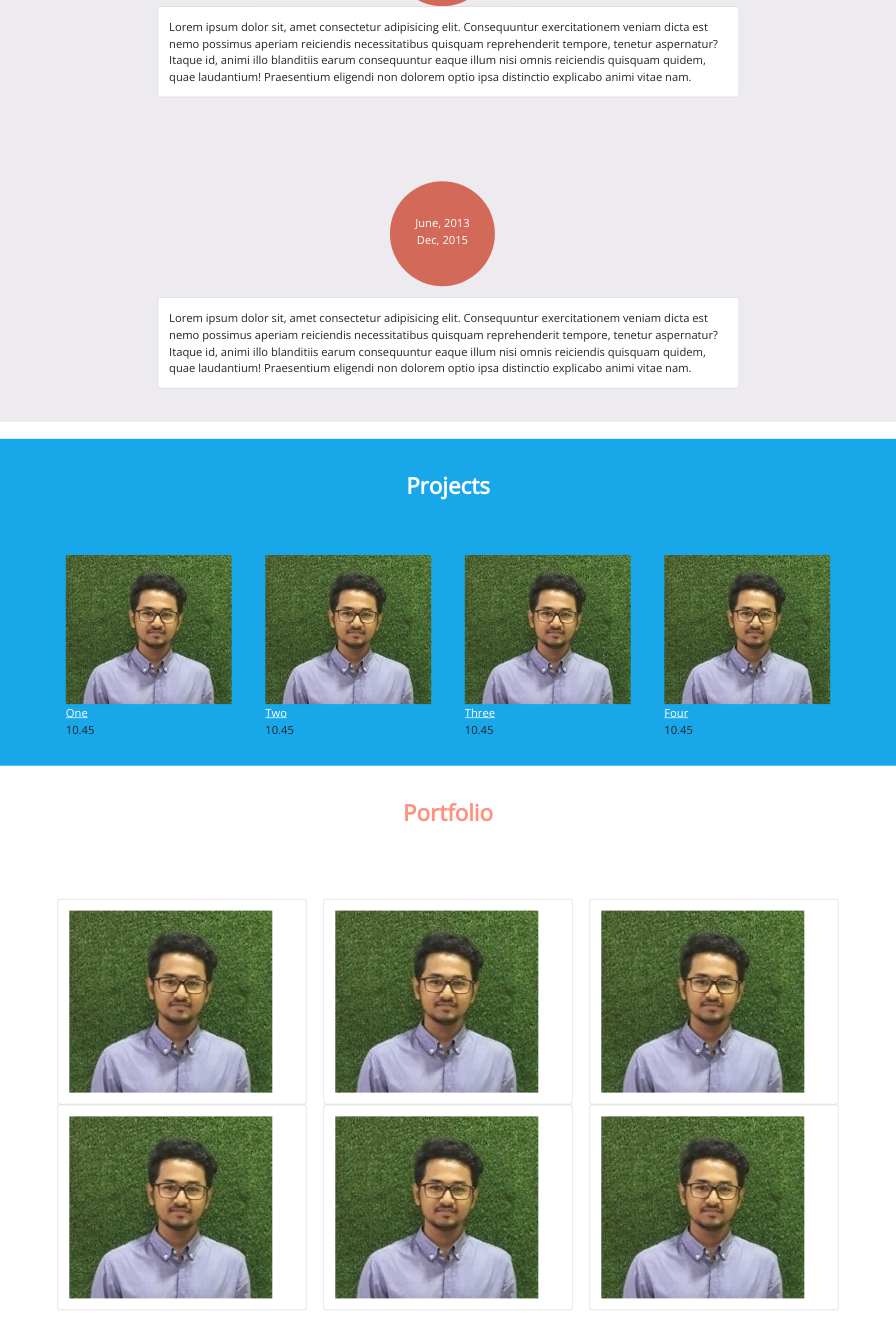
Repository: emowzz/emowzz.github.io
Page: index.html
These files come from the project's save history. The page is drawn as it stood at one moment and after the next save; the edit follows.
The browser window is 1280 px wide. The pictures show the part of the page from y = 1597 to 3517 px (the page is 3517 px tall), at 70% of full size.
Some web libraries are served in a nearby version.

Above is the page before, as saved 2021-03-17 23:46:27.

### index.html
<!doctype html>
<html lang="en">

<head>
  <!-- Required meta tags -->
  <meta charset="utf-8">
  <meta name="viewport" content="width=device-width, initial-scale=1">
  <link rel="shortcut icon" type="image/png" href="./Image/myImgZoom.jpg">
  <!-- Bootstrap CSS -->
  <link href="https://cdn.jsdelivr.net/npm/bootstrap@5.0.0-beta2/dist/css/bootstrap.min.css" rel="stylesheet"
    integrity="sha384-BmbxuPwQa2lc/FVzBcNJ7UAyJxM6wuqIj61tLrc4wSX0szH/Ev+nYRRuWlolflfl" crossorigin="anonymous">
  <link rel="preconnect" href="https://fonts.gstatic.com">
  <link href="https://fonts.googleapis.com/css2?family=Open+Sans:wght@300&display=swap" rel="stylesheet">
  <link rel="stylesheet" href="./CSS/style.css">


  <title>Hi There, I'm Fahim Foysal Emon!</title>

  <script src="https://kit.fontawesome.com/a076d05399.js" crossorigin="anonymous"></script>
</head>

<body>

  <!-- this is banner section -->
  <section class="banner-container container-fluid">
    <div class="row vh-100">
      <div class="col-md-9 banner-column m-auto text-center text-white p-4 border border-light">
        <h1 class="display:4 fw-bolder">Fahim Foysal Emon</h1>
        <h3>Software Developer</h3>
      </div>
    </div>
  </section>

  <!-- this is nav-bar section -->
  <nav class="navbar navbar-expand-lg navbar-dark navbar-container">
    <div class="container-fluid">
      <button class="navbar-toggler" type="button" data-bs-toggle="collapse" data-bs-target="#navbarSupportedContent"
        aria-controls="navbarSupportedContent" aria-expanded="false" aria-label="Toggle navigation">
        <span class="navbar-toggler-icon"></span>
      </button>
      <div class="collapse navbar-collapse" id="navbarSupportedContent">
        <ul class="navbar-nav m-auto mb-2 mb-lg-0">
          <li class="nav-item">
            <a class="nav-link active" aria-current="page" href="#About">ABOUT</a>
          </li>
          <li class="nav-item">
            <a class="nav-link" href="#Education">EDUCATION</a>
          </li>
          <li class="nav-item">
            <a class="nav-link" href="#Project">PROJECT</a>
          </li>
          <li class="nav-item">
            <a class="nav-link" href="#Portfolio">PORTFOLIO</a>
          </li>
          <li class="nav-item">
            <a class="nav-link" href="#Gallery">GALLERY</a>
          </li>
          <li class="nav-item">
            <a class="nav-link" href="#Contact">CONTACT</a>
          </li>
        </ul>
      </div>
    </div>
  </nav>

  <!-- this is about section -->
  <div class="about-container" id="About">
    <div class="container">
      <div class="row align-items-center justify-content-center">
        <div class="col-md-9 py-5 text-white">
          <h3>Fahim Foysal Emon</h3>
          <p>Software Developer</p>
          <p>Lorem ipsum dolor, sit amet consectetur adipisicing elit. Qui a architecto tempore blanditiis, aperiam
            eius, id optio fugit odit quis reiciendis ad expedita consequatur dolores repellendus asperiores illum
            assumenda molestias distinctio dicta suscipit mollitia doloribus eum voluptates. Quisquam molestiae eius
            numquam quidem iusto asperiores dolorem minima minus accusantium, accusamus doloribus.</p>
          <p>Lorem ipsum dolor sit, amet consectetur adipisicing elit. Sint quidem accusamus dolor sed voluptas
            distinctio eos? Tempore sed omnis mollitia asperiores quos quidem hic porro consectetur? Numquam in ipsa
            commodi inventore nostrum asperiores consequuntur! Nemo molestiae necessitatibus suscipit doloribus eius!
          </p>
          <p>
            Lorem ipsum dolor sit amet consectetur adipisicing elit. Nisi suscipit dignissimos tempore culpa soluta,
            assumenda voluptas dolores quam nobis? Sed ad dolores itaque eveniet nulla autem quos et. Animi, laudantium?
          </p>
        </div>

        <div class="col-md-3 mb-4">
          <img src="/Image/myImg.png" alt="" class="img-fluid border rounded-circle border-light">
        </div>
      </div>
    </div>
  </div>

  <!-- this is education section -->
  <div class="education-container" id="Education">
    <div class="container">
      <div class="row text-center">
        <div class="col py-5">
          <h2 class="bg-redType-color fw-bolder">
            Education
          </h2>
        </div>
      </div>

      <div class="row my-4 py-5 align-items-center justify-content-center">
        <div class="col-md-2 pd-3 mx-5">
          <div class="circle text-center text-white">
            <p class="py-5">
              June, 2013 <br>
              Dec, 2015
            </p>
          </div>
        </div>

        <div class="col-md-9">
          <div class="card">
            <div class="card-body">
              Lorem ipsum dolor sit, amet consectetur adipisicing elit. Consequuntur exercitationem veniam dicta est
              nemo possimus aperiam reiciendis necessitatibus quisquam reprehenderit tempore, tenetur aspernatur? Itaque
              id, animi illo blanditiis earum consequuntur eaque illum nisi omnis reiciendis quisquam quidem, quae
              laudantium! Praesentium eligendi non dolorem optio ipsa distinctio explicabo animi vitae nam.
            </div>
          </div>
        </div>

      </div>

      <div class="row my-4 py-5 align-items-center justify-content-center">
        <div class="col-md-2 pb-3 mx-5">
          <div class="circle text-center text-white">
            <p class="py-5">
              June, 2013 <br>
              Dec, 2015
            </p>
          </div>
        </div>

        <div class="col-md-9">
          <div class="card">
            <div class="card-body">
              Lorem ipsum dolor sit, amet consectetur adipisicing elit. Consequuntur exercitationem veniam dicta est
              nemo possimus aperiam reiciendis necessitatibus quisquam reprehenderit tempore, tenetur aspernatur? Itaque
              id, animi illo blanditiis earum consequuntur eaque illum nisi omnis reiciendis quisquam quidem, quae
              laudantium! Praesentium eligendi non dolorem optio ipsa distinctio explicabo animi vitae nam.
            </div>
          </div>
        </div>

      </div>
    </div>
  </div>

  <!-- this is project section -->

  <div class="project-container" id="Project">
    <div class="container">
      <div class="row text-center">
        <div class="col py-5">
          <h2 class="text-white fw-bolder">
            Projects
          </h2>
        </div>
      </div>
      <div class="row">
        <div class="col-md-3 p-4">
          <img src="./Image/myImgZoom.jpg" alt="" class="img-fluid">
          <a href="" class="text-white">One</a>
          <p>10.45</p>
        </div>
        <div class="col-md-3 p-4">
          <img src="./Image/myImgZoom.jpg" alt="" class="img-fluid">
          <a href="" class="text-white">Two</a>
          <p>10.45</p>
        </div>
        <div class="col-md-3 p-4">
          <img src="./Image/myImgZoom.jpg" alt="" class="img-fluid">
          <a href="" class="text-white">Three</a>
          <p>10.45</p>
        </div>
        <div class="col-md-3 p-4">
          <img src="./Image/myImgZoom.jpg" alt="" class="img-fluid">
          <a href="" class="text-white">Four</a>
          <p>10.45</p>
        </div>
        </div>
      </div>
    </div>


    <!-- This is portfolio section -->

    <div class="portfolio-container">
      <div class="container">
        <div class="row text-center py-5">
          <div class="col">
            <h2 class="fw-bolder bg-redType-color">
              Portfolio
            </h2>
          </div>
        </div>

        <div class="row py-5">

          <div class="col-md-4">
            <div class="card">
              <div class="card-body">
                <img src="./Image/myImgZoom.jpg" alt="" class="img-fluid">
              </div>
            </div>
          </div>

          <div class="col-md-4">
            <div class="card">
              <div class="card-body">
                <img src="./Image/myImgZoom.jpg" alt="" class="img-fluid">
              </div>
            </div>
          </div>

          <div class="col-md-4">
            <div class="card">
              <div class="card-body">
                <img src="./Image/myImgZoom.jpg" alt="" class="img-fluid">
              </div>
            </div>
          </div>

          <div class="col-md-4">
            <div class="card">
              <div class="card-body">
                <img src="./Image/myImgZoom.jpg" alt="" class="img-fluid">
              </div>
            </div>
          </div>

          <div class="col-md-4">
            <div class="card">
              <div class="card-body">
                <img src="./Image/myImgZoom.jpg" alt="" class="img-fluid">
              </div>
            </div>
          </div>

          <div class="col-md-4">
            <div class="card">
              <div class="card-body">
                <img src="./Image/myImgZoom.jpg" alt="" class="img-fluid">
              </div>
            </div>
          </div>


        </div>

      </div>

    </div>

  <!-- Optional JavaScript; choose one of the two! -->

  <!-- Option 1: Bootstrap Bundle with Popper -->
  <script src="https://cdn.jsdelivr.net/npm/bootstrap@5.0.0-beta2/dist/js/bootstrap.bundle.min.js"
    integrity="sha384-b5kHyXgcpbZJO/tY9Ul7kGkf1S0CWuKcCD38l8YkeH8z8QjE0GmW1gYU5S9FOnJ0"
    crossorigin="anonymous"></script>

  <!-- Option 2: Separate Popper and Bootstrap JS -->
  <!--
    <script src="https://cdn.jsdelivr.net/npm/@popperjs/core@2.6.0/dist/umd/popper.min.js" integrity="sha384-KsvD1yqQ1/1+IA7gi3P0tyJcT3vR+NdBTt13hSJ2lnve8agRGXTTyNaBYmCR/Nwi" crossorigin="anonymous"></script>
    <script src="https://cdn.jsdelivr.net/npm/bootstrap@5.0.0-beta2/dist/js/bootstrap.min.js" integrity="sha384-nsg8ua9HAw1y0W1btsyWgBklPnCUAFLuTMS2G72MMONqmOymq585AcH49TLBQObG" crossorigin="anonymous"></script>
    -->
</body>

</html>

### CSS/style.css
body {
    font-family: 'Open Sans', sans-serif;
}


.banner-container {
    background-color: #CACACA;
}

.banner-column {
    background-color: #868486;
}

.navbar-container {
    background-color: #102040;
}

.about-container {
    background-color: #00A9C0;
}

.education-container {
    background-color: #eeebf0;
}

.bg-redType {
    background-color: #d36959;
}

.bg-redType-color {
    color: #FF907E;
}

.circle {
    background-color: #d36959;
    width: 150px;
    height: 150px;
    border-radius: 50%;
}

.project-container {
    background-color: #18a7e9;
}

.card-img-top {
    width: 100%;
    height: 15vw;
    object-fit: cover;
}

After the next save:
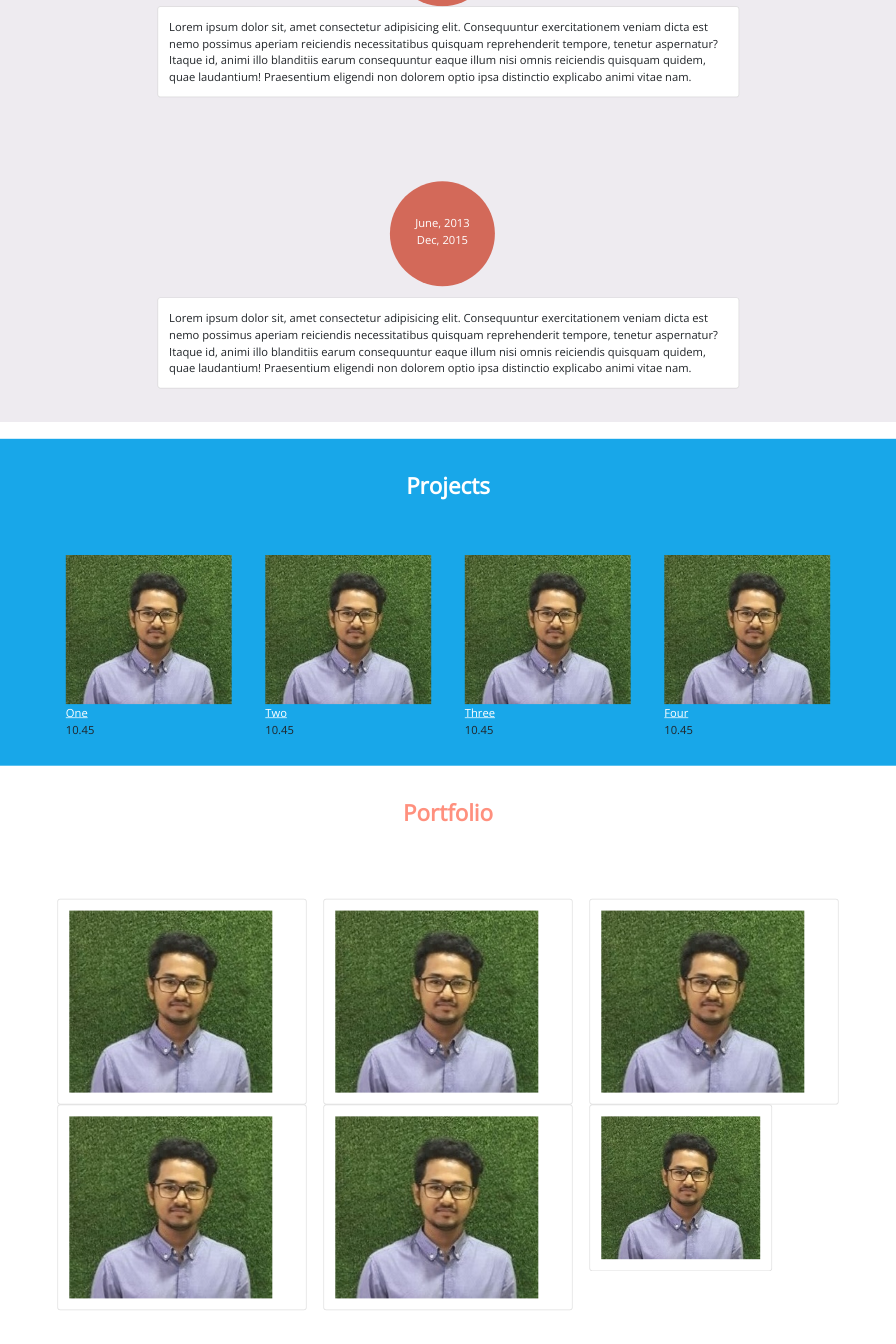
Saved 17 s later.
--- a/index.html
+++ b/index.html
@@ -241,7 +241,7 @@
             </div>
           </div>
 
-          <div class="col-md-4">
+          <div class="col-md-3">
             <div class="card">
               <div class="card-body">
                 <img src="./Image/myImgZoom.jpg" alt="" class="img-fluid">
